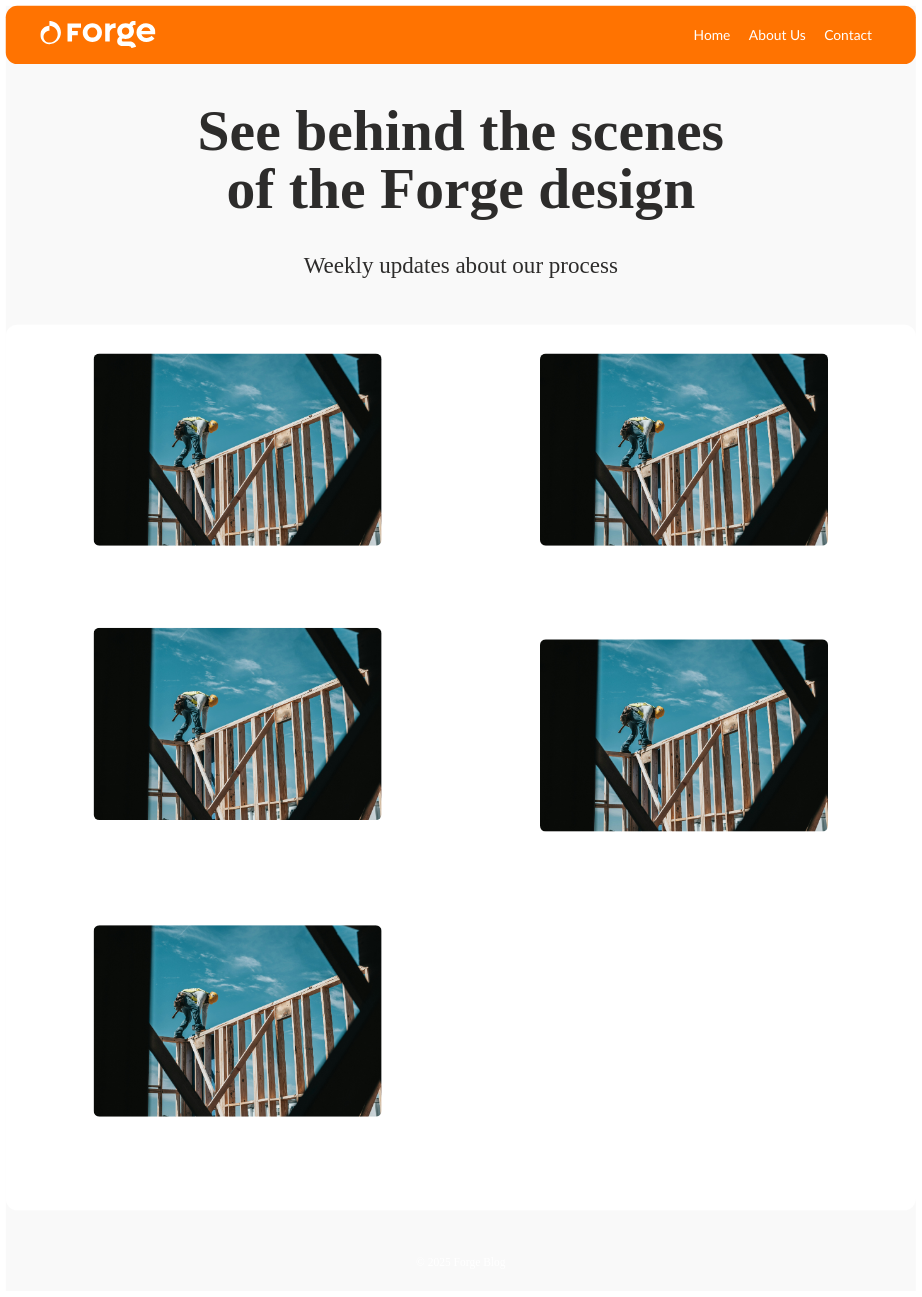
Repository: Forge-IDSP/Blog
Page: /
These files come from the project's save history. The page is drawn as it stood at one moment and after the next save; the edit follows.
The browser window is 1280 px wide. The pictures show the whole page, at 72% of full size.
The project was rebuilt for these pictures with package versions that can differ from the ones it lists, and the page was loaded fresh each time. Also part of the build but not shown: vite.config.js, src/index.css, src/pages/blogpost.module.css, src/pages/week1.jsx, src/pages/week2.jsx, src/pages/week3.jsx, src/pages/week4.jsx, src/pages/week5.jsx and 4 more.

Above is the page before, as saved 2025-10-27 12:59:13.

After the next save:
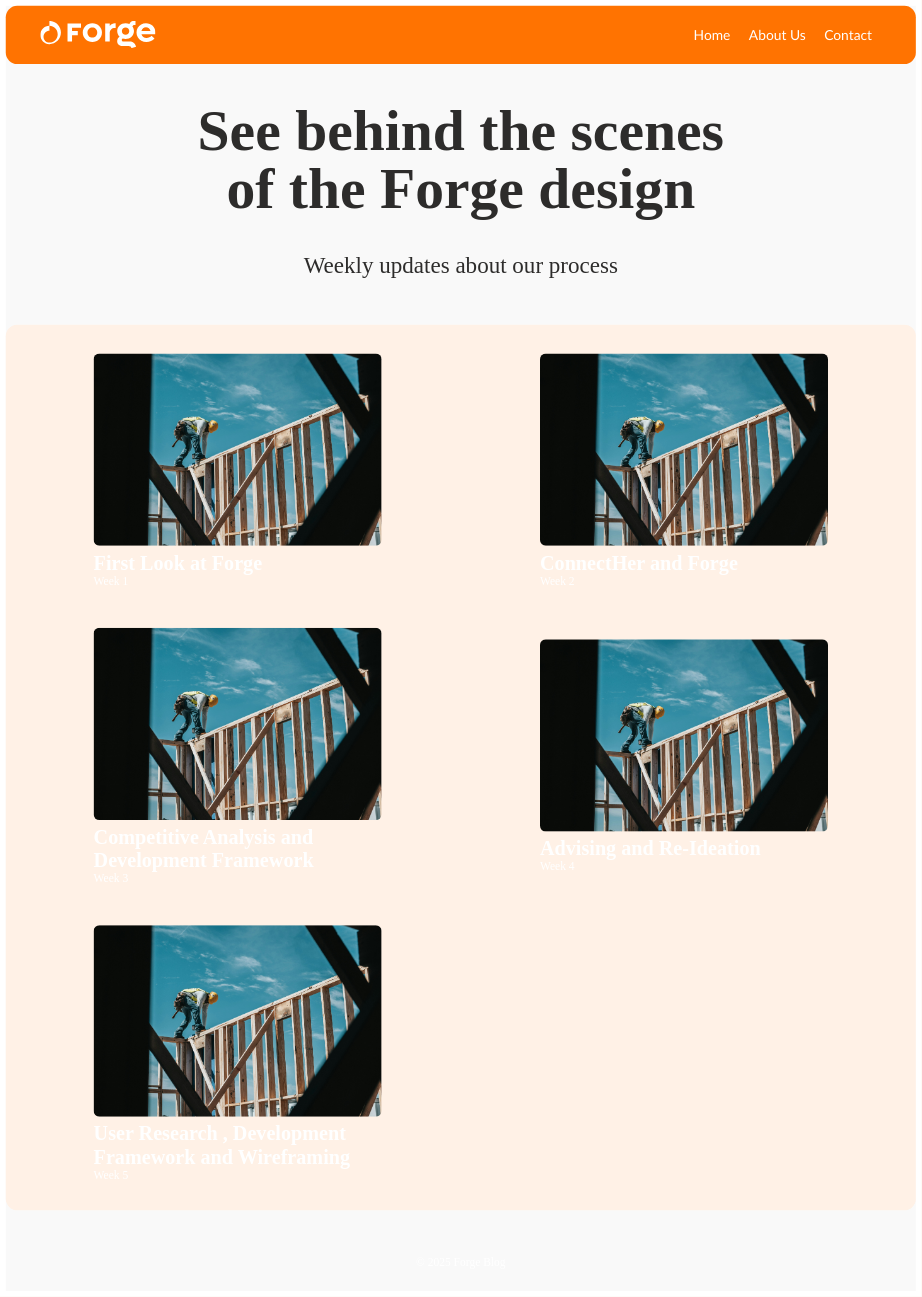
Saved 14 s later.
--- a/src/App.css
+++ b/src/App.css
@@ -62,7 +62,7 @@
     display: grid;
     grid-template-columns: repeat(3, 1fr);
     gap: 2rem;
-    background-color: var(--white);
+    background-color: var(--primary-50);
     padding: 3rem;
     border-radius: 16px;
     align-items: center;

After the save that followed:
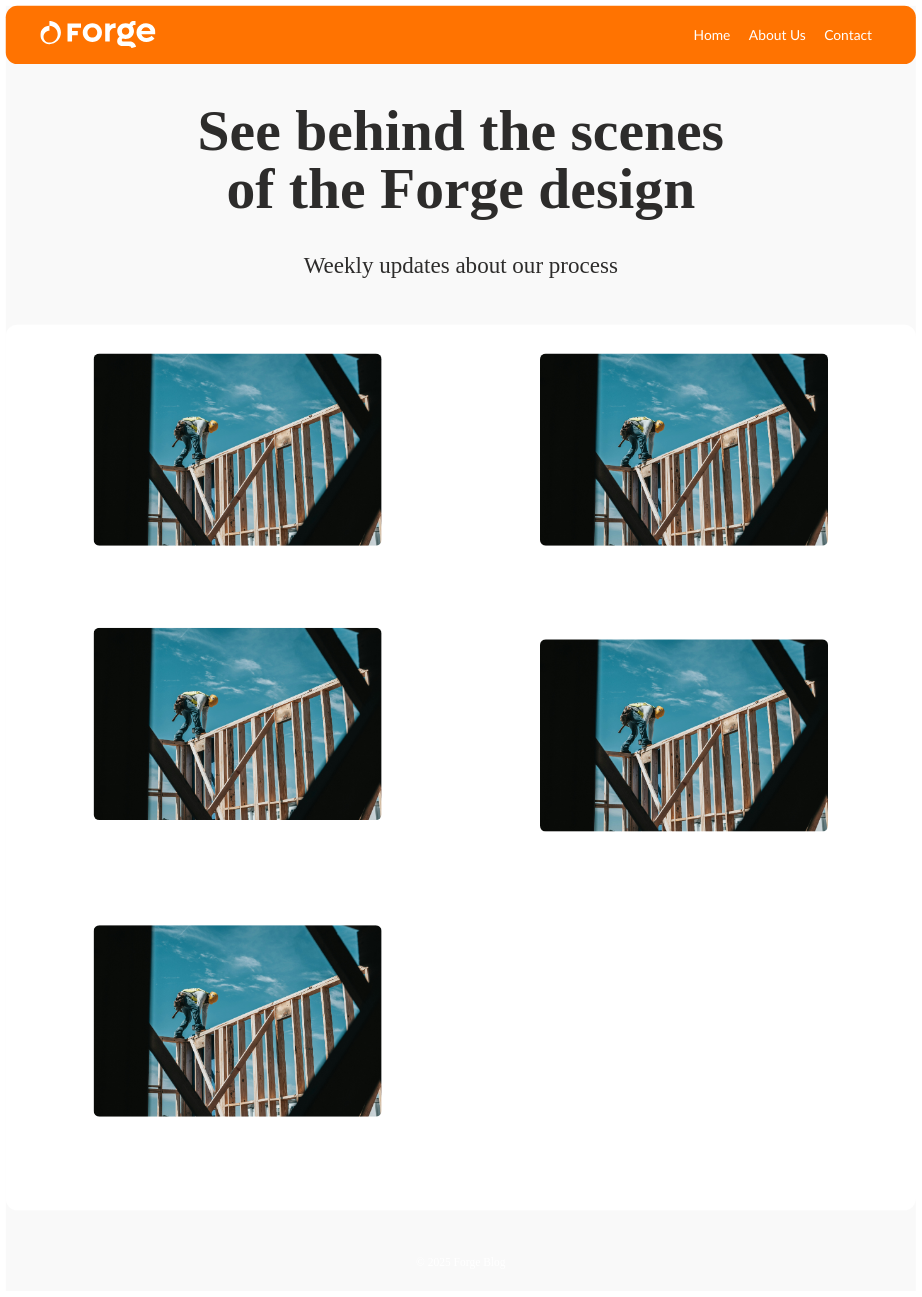
Saved 5 s later.
--- a/src/App.css
+++ b/src/App.css
@@ -62,7 +62,7 @@
     display: grid;
     grid-template-columns: repeat(3, 1fr);
     gap: 2rem;
-    background-color: var(--primary-50);
+    background-color: var(--white);
     padding: 3rem;
     border-radius: 16px;
     align-items: center;
